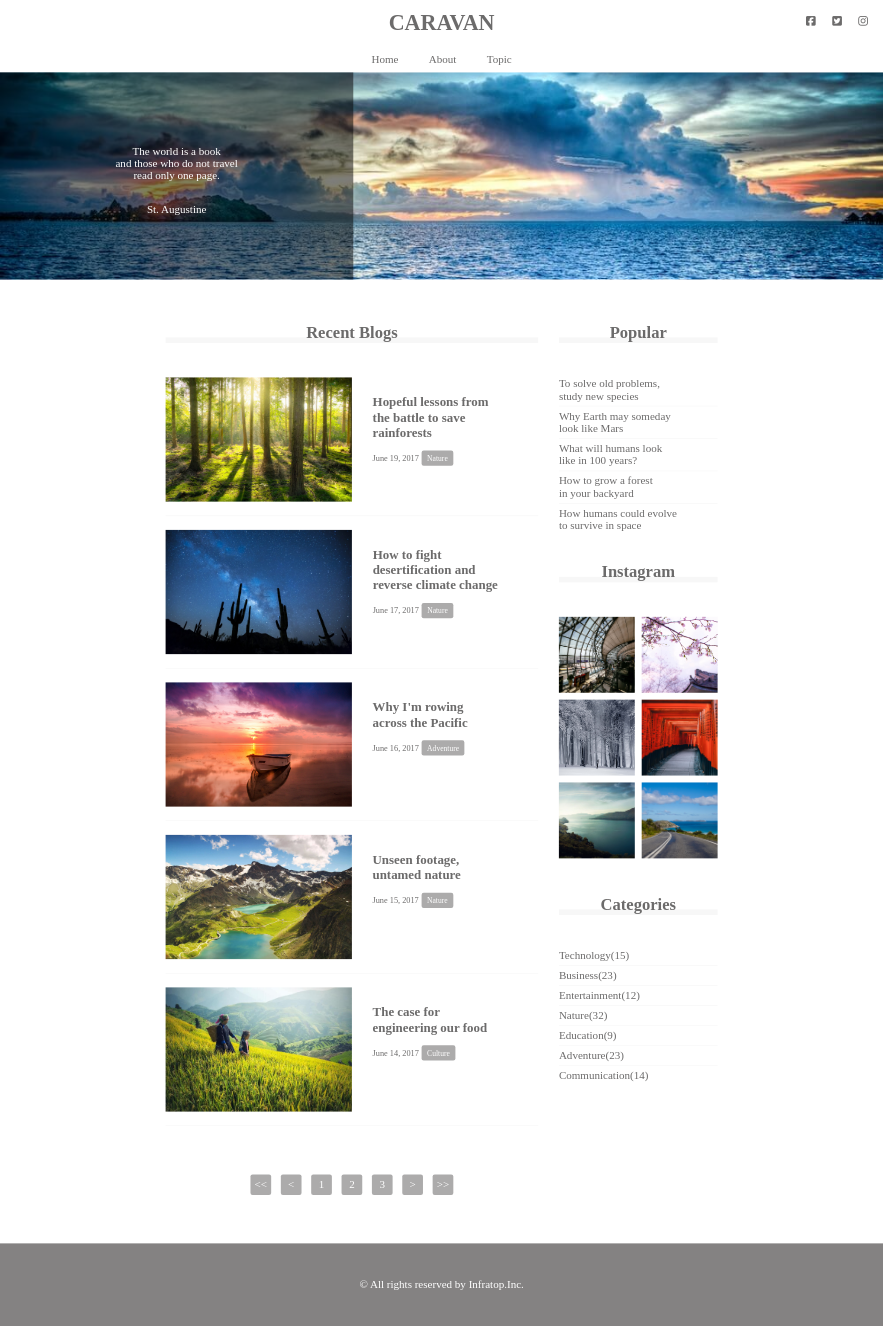
Repository: macchi-ro/-1
Page: caravan/index.html
The author's editor kept a record of every edit. The page is drawn from the files as they stood at one moment, then again after the next edit.
The browser window is 1280 px wide. The pictures show the whole page, at 69% of full size.
Some web libraries are served in a nearby version.

Above is the page before.

After the next edit:
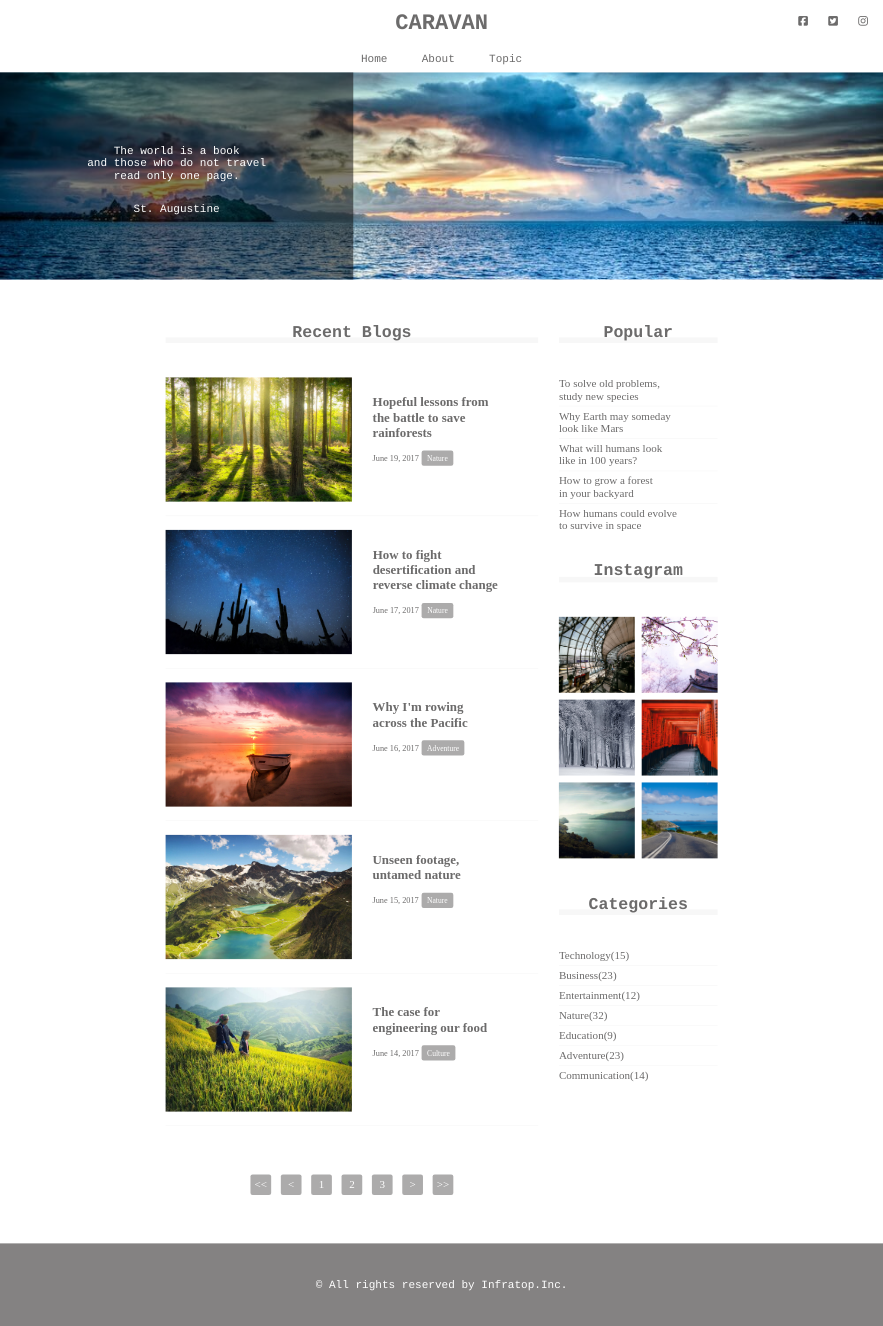
The edit:
--- a/caravan/style.css
+++ b/caravan/style.css
@@ -8,6 +8,10 @@
 
 a {
   text-decoration: none;
+}
+
+header, nav, h2, .main-visual, footer {
+    font-family: Chalkduster, "Bradley Hand", Courier, "Segoe Print", sans-serif;
 }
 
 header {
